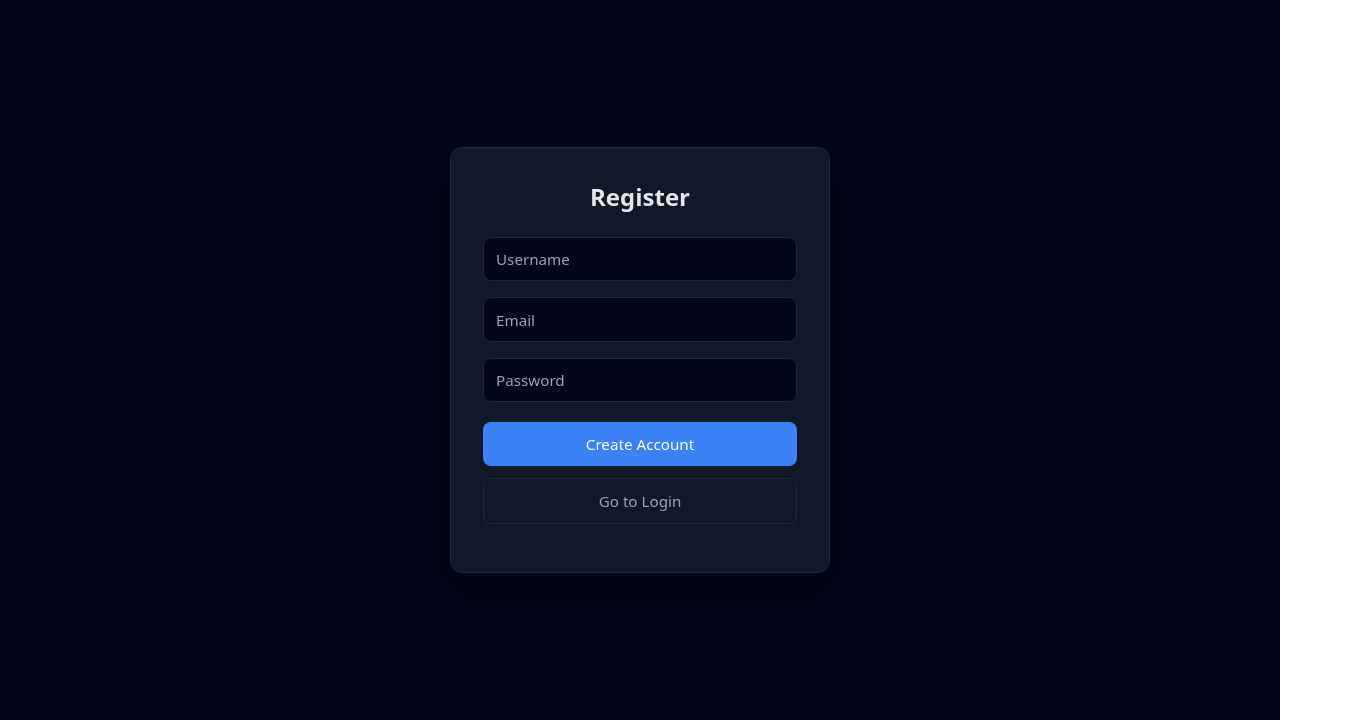
Repository: xqill275/AshChat
Page: public/register.html
These files come from the project's save history. The page is drawn as it stood at one moment and after the next save; the edit follows.
The browser window is 1280 px wide. The page is 1280 px wide, then 1360 px, then 1280 px, so the pictures cover 1360 px, including what lies to the right of the window. The pictures show the whole page.

Above is the page before, as saved 2026-02-13 22:17:51.

After the next save:
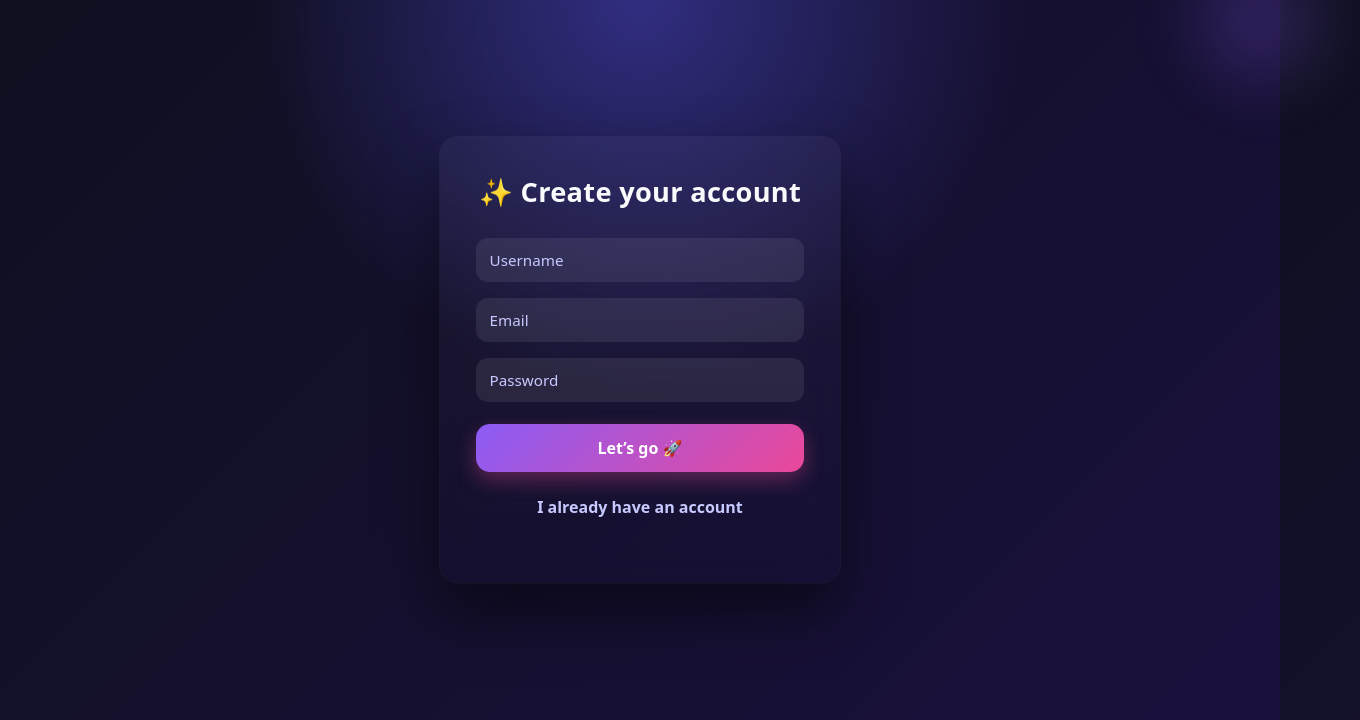
Saved 5 min 19 s later.
--- a/public/register.html
+++ b/public/register.html
@@ -7,13 +7,14 @@
 
     <style>
       :root {
-        --bg: #0f172a;
-        --card: #111827;
-        --border: #1f2933;
-        --text: #e5e7eb;
-        --muted: #9ca3af;
-        --accent: #3b82f6;
-        --accent-hover: #2563eb;
+        --bg1: #0f1020;
+        --bg2: #1a103d;
+        --card: #15162b;
+        --text: #f9fafb;
+        --muted: #c7c9ff;
+        --accent: #8b5cf6;
+        --accent-hover: #7c3aed;
+        --glow: rgba(139, 92, 246, 0.5);
       }
 
       * {
@@ -25,27 +26,52 @@
       body {
         margin: 0;
         min-height: 100vh;
-        background: linear-gradient(135deg, #020617, #020617);
+        background: radial-gradient(
+            circle at top,
+            #312e81,
+            transparent 40%
+          ),
+          linear-gradient(135deg, var(--bg1), var(--bg2));
         display: flex;
         align-items: center;
         justify-content: center;
         color: var(--text);
+        overflow: hidden;
       }
 
       .card {
-        background: var(--card);
-        border: 1px solid var(--border);
-        border-radius: 12px;
-        padding: 2rem;
+        background: linear-gradient(
+          180deg,
+          rgba(255, 255, 255, 0.04),
+          rgba(255, 255, 255, 0)
+        );
+        backdrop-filter: blur(12px);
+        border-radius: 18px;
+        padding: 2.25rem;
         width: 100%;
-        max-width: 380px;
-        box-shadow: 0 20px 40px rgba(0, 0, 0, 0.4);
+        max-width: 400px;
+        box-shadow:
+          0 30px 60px rgba(0, 0, 0, 0.5),
+          0 0 0 1px rgba(255, 255, 255, 0.06);
+        animation: pop 0.5s ease;
+      }
+
+      @keyframes pop {
+        from {
+          opacity: 0;
+          transform: translateY(16px) scale(0.98);
+        }
+        to {
+          opacity: 1;
+          transform: none;
+        }
       }
 
       h2 {
-        margin: 0 0 1.5rem;
-        font-size: 1.5rem;
+        margin: 0 0 1.75rem;
         text-align: center;
+        font-size: 1.7rem;
+        letter-spacing: 0.3px;
       }
 
       .field {
@@ -54,10 +80,10 @@
 
       input {
         width: 100%;
-        padding: 0.7rem 0.75rem;
-        border-radius: 8px;
-        border: 1px solid var(--border);
-        background: #020617;
+        padding: 0.75rem 0.85rem;
+        border-radius: 12px;
+        border: none;
+        background: rgba(255, 255, 255, 0.08);
         color: var(--text);
         font-size: 0.95rem;
       }
@@ -68,64 +94,85 @@
 
       input:focus {
         outline: none;
-        border-color: var(--accent);
-        box-shadow: 0 0 0 2px rgba(59, 130, 246, 0.25);
+        box-shadow: 0 0 0 2px var(--glow);
       }
 
       .actions {
         display: flex;
         flex-direction: column;
         gap: 0.75rem;
-        margin-top: 1.25rem;
+        margin-top: 1.4rem;
       }
 
       button {
-        padding: 0.75rem;
-        border-radius: 8px;
+        padding: 0.8rem;
+        border-radius: 14px;
         border: none;
-        font-size: 0.95rem;
-        font-weight: 500;
+        font-size: 1rem;
+        font-weight: 600;
         cursor: pointer;
-        transition: background 0.15s ease, transform 0.05s ease;
+        transition: transform 0.08s ease, box-shadow 0.12s ease,
+          background 0.15s ease;
       }
 
       #btn {
-        background: var(--accent);
+        background: linear-gradient(
+          135deg,
+          var(--accent),
+          #ec4899
+        );
         color: white;
+        box-shadow: 0 8px 20px rgba(236, 72, 153, 0.35);
       }
 
       #btn:hover {
-        background: var(--accent-hover);
+        transform: translateY(-1px);
+        box-shadow: 0 12px 28px rgba(236, 72, 153, 0.45);
+      }
+
+      #btn:active {
+        transform: translateY(1px) scale(0.99);
       }
 
       #login {
         background: transparent;
         color: var(--muted);
-        border: 1px solid var(--border);
       }
 
       #login:hover {
-        color: var(--text);
-        border-color: var(--accent);
-      }
-
-      button:active {
-        transform: translateY(1px);
+        color: white;
+        text-decoration: underline;
       }
 
       pre {
         margin-top: 1rem;
         font-size: 0.8rem;
-        color: #f87171;
+        color: #fca5a5;
         white-space: pre-wrap;
-        word-break: break-word;
+      }
+
+      .sparkle {
+        position: absolute;
+        width: 200px;
+        height: 200px;
+        background: radial-gradient(
+          circle,
+          rgba(139, 92, 246, 0.25),
+          transparent 70%
+        );
+        filter: blur(20px);
+        top: -80px;
+        right: -80px;
+        pointer-events: none;
       }
     </style>
   </head>
 
   <body>
+    <div class="sparkle"></div>
+
     <div class="card">
-      <h2>Register</h2>
+      <h2>✨ Create your account</h2>
 
       <div class="field">
         <input id="username" placeholder="Username" />
@@ -140,8 +187,8 @@
       </div>
 
       <div class="actions">
-        <button id="btn">Create Account</button>
-        <button id="login">Go to Login</button>
+        <button id="btn">Let’s go 🚀</button>
+        <button id="login">I already have an account</button>
       </div>
 
       <pre id="out"></pre>

After the save that followed:
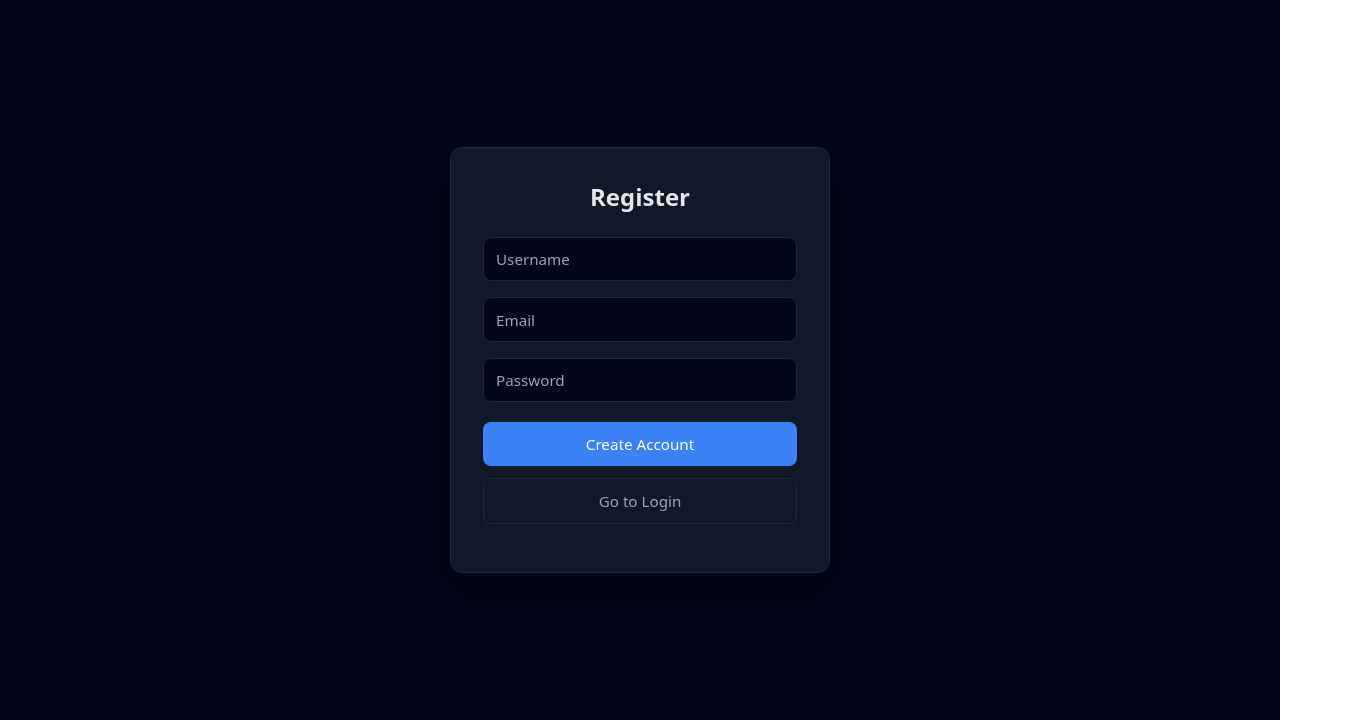
Saved 16 s later.
--- a/public/register.html
+++ b/public/register.html
@@ -7,14 +7,13 @@
 
     <style>
       :root {
-        --bg1: #0f1020;
-        --bg2: #1a103d;
-        --card: #15162b;
-        --text: #f9fafb;
-        --muted: #c7c9ff;
-        --accent: #8b5cf6;
-        --accent-hover: #7c3aed;
-        --glow: rgba(139, 92, 246, 0.5);
+        --bg: #0f172a;
+        --card: #111827;
+        --border: #1f2933;
+        --text: #e5e7eb;
+        --muted: #9ca3af;
+        --accent: #3b82f6;
+        --accent-hover: #2563eb;
       }
 
       * {
@@ -26,52 +25,27 @@
       body {
         margin: 0;
         min-height: 100vh;
-        background: radial-gradient(
-            circle at top,
-            #312e81,
-            transparent 40%
-          ),
-          linear-gradient(135deg, var(--bg1), var(--bg2));
+        background: linear-gradient(135deg, #020617, #020617);
         display: flex;
         align-items: center;
         justify-content: center;
         color: var(--text);
-        overflow: hidden;
       }
 
       .card {
-        background: linear-gradient(
-          180deg,
-          rgba(255, 255, 255, 0.04),
-          rgba(255, 255, 255, 0)
-        );
-        backdrop-filter: blur(12px);
-        border-radius: 18px;
-        padding: 2.25rem;
+        background: var(--card);
+        border: 1px solid var(--border);
+        border-radius: 12px;
+        padding: 2rem;
         width: 100%;
-        max-width: 400px;
-        box-shadow:
-          0 30px 60px rgba(0, 0, 0, 0.5),
-          0 0 0 1px rgba(255, 255, 255, 0.06);
-        animation: pop 0.5s ease;
-      }
-
-      @keyframes pop {
-        from {
-          opacity: 0;
-          transform: translateY(16px) scale(0.98);
-        }
-        to {
-          opacity: 1;
-          transform: none;
-        }
+        max-width: 380px;
+        box-shadow: 0 20px 40px rgba(0, 0, 0, 0.4);
       }
 
       h2 {
-        margin: 0 0 1.75rem;
+        margin: 0 0 1.5rem;
+        font-size: 1.5rem;
         text-align: center;
-        font-size: 1.7rem;
-        letter-spacing: 0.3px;
       }
 
       .field {
@@ -80,10 +54,10 @@
 
       input {
         width: 100%;
-        padding: 0.75rem 0.85rem;
-        border-radius: 12px;
-        border: none;
-        background: rgba(255, 255, 255, 0.08);
+        padding: 0.7rem 0.75rem;
+        border-radius: 8px;
+        border: 1px solid var(--border);
+        background: #020617;
         color: var(--text);
         font-size: 0.95rem;
       }
@@ -94,85 +68,64 @@
 
       input:focus {
         outline: none;
-        box-shadow: 0 0 0 2px var(--glow);
+        border-color: var(--accent);
+        box-shadow: 0 0 0 2px rgba(59, 130, 246, 0.25);
       }
 
       .actions {
         display: flex;
         flex-direction: column;
         gap: 0.75rem;
-        margin-top: 1.4rem;
+        margin-top: 1.25rem;
       }
 
       button {
-        padding: 0.8rem;
-        border-radius: 14px;
+        padding: 0.75rem;
+        border-radius: 8px;
         border: none;
-        font-size: 1rem;
-        font-weight: 600;
+        font-size: 0.95rem;
+        font-weight: 500;
         cursor: pointer;
-        transition: transform 0.08s ease, box-shadow 0.12s ease,
-          background 0.15s ease;
+        transition: background 0.15s ease, transform 0.05s ease;
       }
 
       #btn {
-        background: linear-gradient(
-          135deg,
-          var(--accent),
-          #ec4899
-        );
+        background: var(--accent);
         color: white;
-        box-shadow: 0 8px 20px rgba(236, 72, 153, 0.35);
       }
 
       #btn:hover {
-        transform: translateY(-1px);
-        box-shadow: 0 12px 28px rgba(236, 72, 153, 0.45);
-      }
-
-      #btn:active {
-        transform: translateY(1px) scale(0.99);
+        background: var(--accent-hover);
       }
 
       #login {
         background: transparent;
         color: var(--muted);
+        border: 1px solid var(--border);
       }
 
       #login:hover {
-        color: white;
-        text-decoration: underline;
+        color: var(--text);
+        border-color: var(--accent);
+      }
+
+      button:active {
+        transform: translateY(1px);
       }
 
       pre {
         margin-top: 1rem;
         font-size: 0.8rem;
-        color: #fca5a5;
+        color: #f87171;
         white-space: pre-wrap;
-      }
-
-      .sparkle {
-        position: absolute;
-        width: 200px;
-        height: 200px;
-        background: radial-gradient(
-          circle,
-          rgba(139, 92, 246, 0.25),
-          transparent 70%
-        );
-        filter: blur(20px);
-        top: -80px;
-        right: -80px;
-        pointer-events: none;
+        word-break: break-word;
       }
     </style>
   </head>
 
   <body>
-    <div class="sparkle"></div>
-
     <div class="card">
-      <h2>✨ Create your account</h2>
+      <h2>Register</h2>
 
       <div class="field">
         <input id="username" placeholder="Username" />
@@ -187,8 +140,8 @@
       </div>
 
       <div class="actions">
-        <button id="btn">Let’s go 🚀</button>
-        <button id="login">I already have an account</button>
+        <button id="btn">Create Account</button>
+        <button id="login">Go to Login</button>
       </div>
 
       <pre id="out"></pre>
